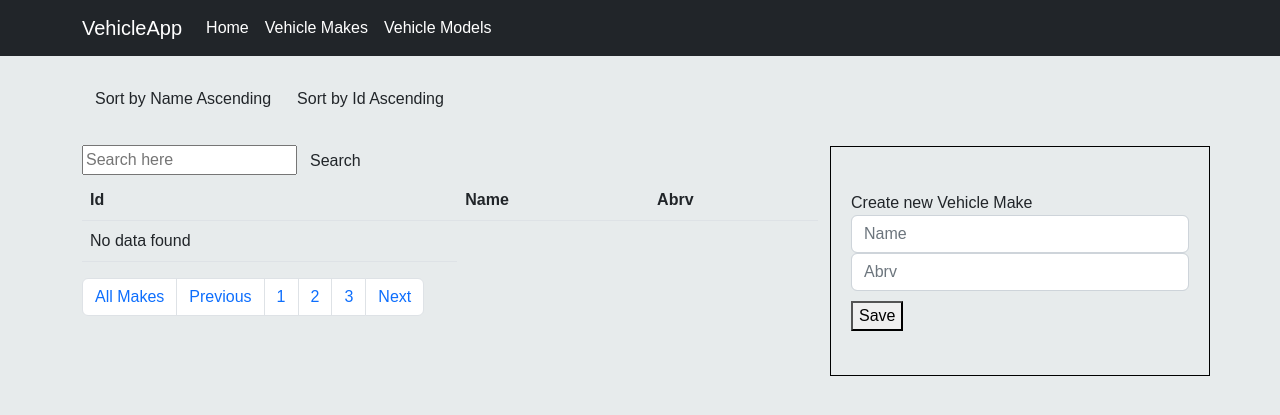
Repository: magdalenarajic/VehicleFrontend
Page: /Makes
These files come from the project's save history. The page is drawn as it stood at one moment and after the next save; the edit follows.
The browser window is 1280 px wide. The pictures show the whole page.
The page's requests for data from a server got no answer. The project was rebuilt for these pictures with package versions that can differ from the ones it lists, and the page was loaded fresh each time. No one was signed in, and anything a server would have sent is missing. Also part of the build but not shown: src/components/Home.js, src/services/modelService.js, src/stores/modelStore.js, src/components/VehicleModel.js.

Above is the page before, as saved 2023-03-12 19:31:56.

After the next save:
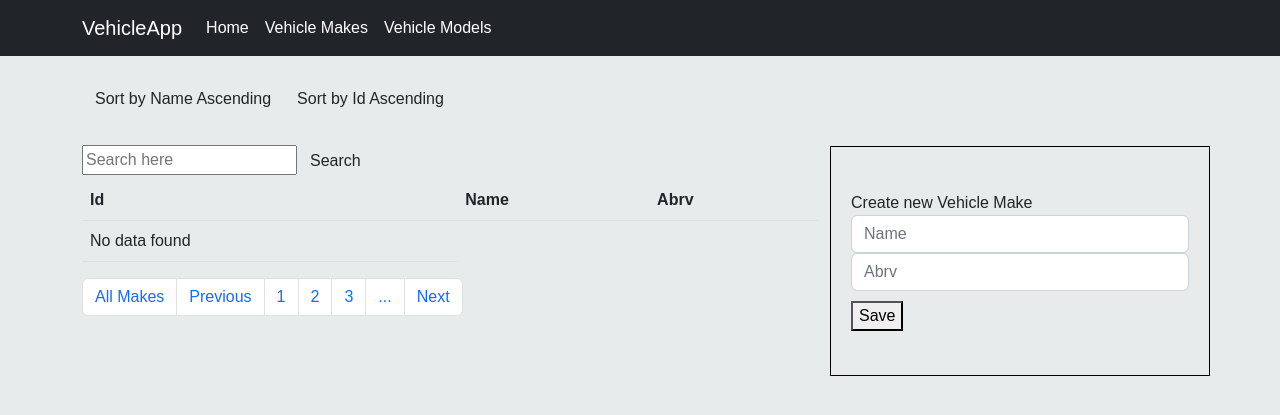
Saved 66 s later.
--- a/src/components/VehicleMake.js
+++ b/src/components/VehicleMake.js
@@ -205,6 +205,12 @@ const MakeList = () => {
                     </Pagination.Item>
                     <Pagination.Item
                       value={pageNumber}
+                      onClick={() => handlePagedData(pageNumber, pageSize)}
+                    >
+                      ...
+                    </Pagination.Item>
+                    <Pagination.Item
+                      value={pageNumber}
                       onClick={() => handlePagedData(pageNumber+1, 4)}
                     >
                       Next
